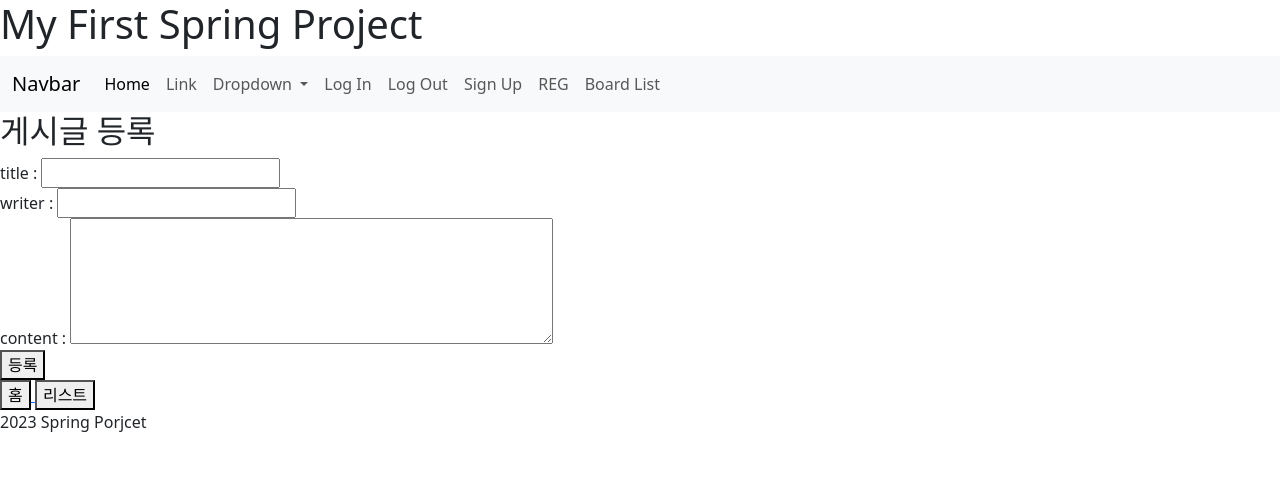
Repository: Leesunghoon1/ezenSpring
Page: http://localhost/spring-Test/WEB-INF/views/board/register.jsp
An editor plug-in stored every save of this project. The page is shown before and after the next save, followed by the edit.
The browser window is 1280 px wide. The pictures show the whole page.
The page is served by Tomcat 9. Nobody is signed in. The template is opened directly, without the code that normally fills it, so the values that code supplies are empty.

Above is the page before, as saved 2023-10-11 12:02:57.

After the next save:
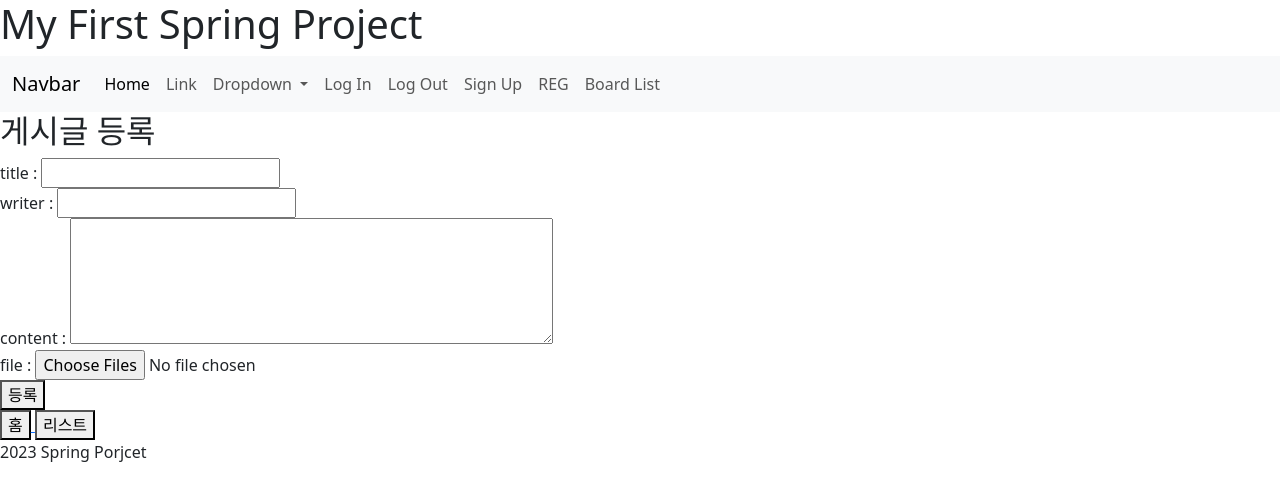
Saved 19 h 51 min later.
--- a/spring-Test/src/main/webapp/WEB-INF/views/board/register.jsp
+++ b/spring-Test/src/main/webapp/WEB-INF/views/board/register.jsp
@@ -15,6 +15,7 @@
 	title : <input type="text" name="title"><br>
 	writer : <input type="text" name="writer" value="${ses.id }" readonly="readonly"><br>
 	content : <textarea rows="5" cols="50" name="content"></textarea><br>
+	file : <input type="file" id="file" name="files" multiple="multiple"><br> <!-- multiple="multiple" 한번에 여러 파일을 업로드 가능하게 만들어줌 -->
 	<button type="submit">등록</button>
 </form>
 
